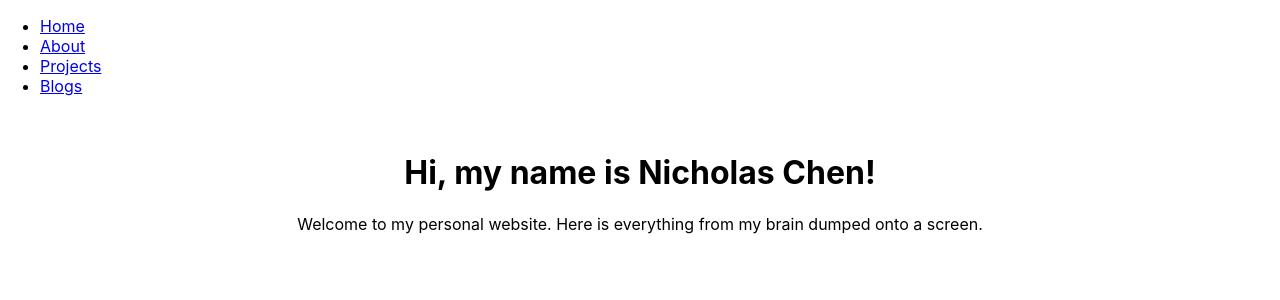
Repository: nicholaschen09/personalWebsite
Page: /projects/miscellaneous
The author's editor kept a copy of each file at every save. The page is drawn from the files as they stood at one save, then again after the next save.
The browser window is 1280 px wide. The pictures show the whole page.
The project was rebuilt for these pictures with package versions that can differ from the ones it lists, and the page was loaded fresh each time. Also part of the build but not shown: src/components/About.css, src/components/About.js, src/components/Home.css, src/components/Home.js, src/components/Projects.css, src/components/Projects.js, src/components/Blog.css, src/components/Blog.js.

Above is the page before, as saved 2024-05-23 00:40:16.

After the next save:
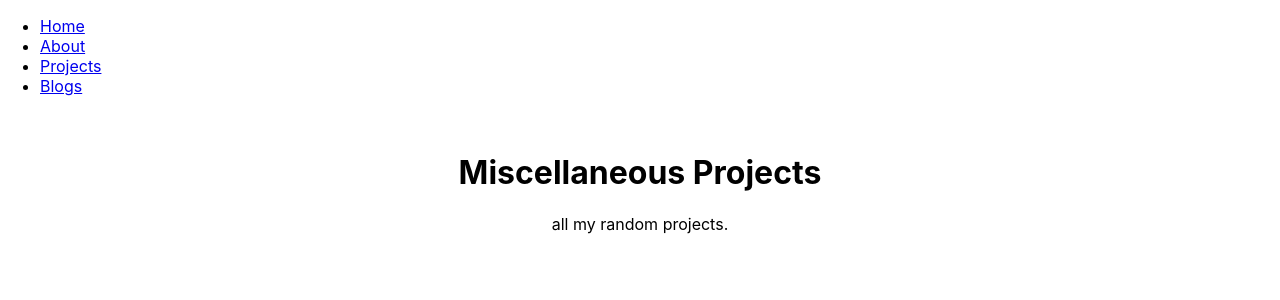
Saved 29 s later.
--- a/src/components/Miscellaneous.js
+++ b/src/components/Miscellaneous.js
@@ -5,8 +5,8 @@ import './Miscellaneous.css';
 const Miscellaneous = () => {
     return (
         <div className="miscellaneous">
-            <h1>Hi, my name is Nicholas Chen! </h1>
-            <p>Welcome to my personal website. Here is everything from my brain dumped onto a screen.</p>
+            <h1>Miscellaneous Projects </h1>
+            <p>all my random projects.</p>
         </div>
     );
 };
